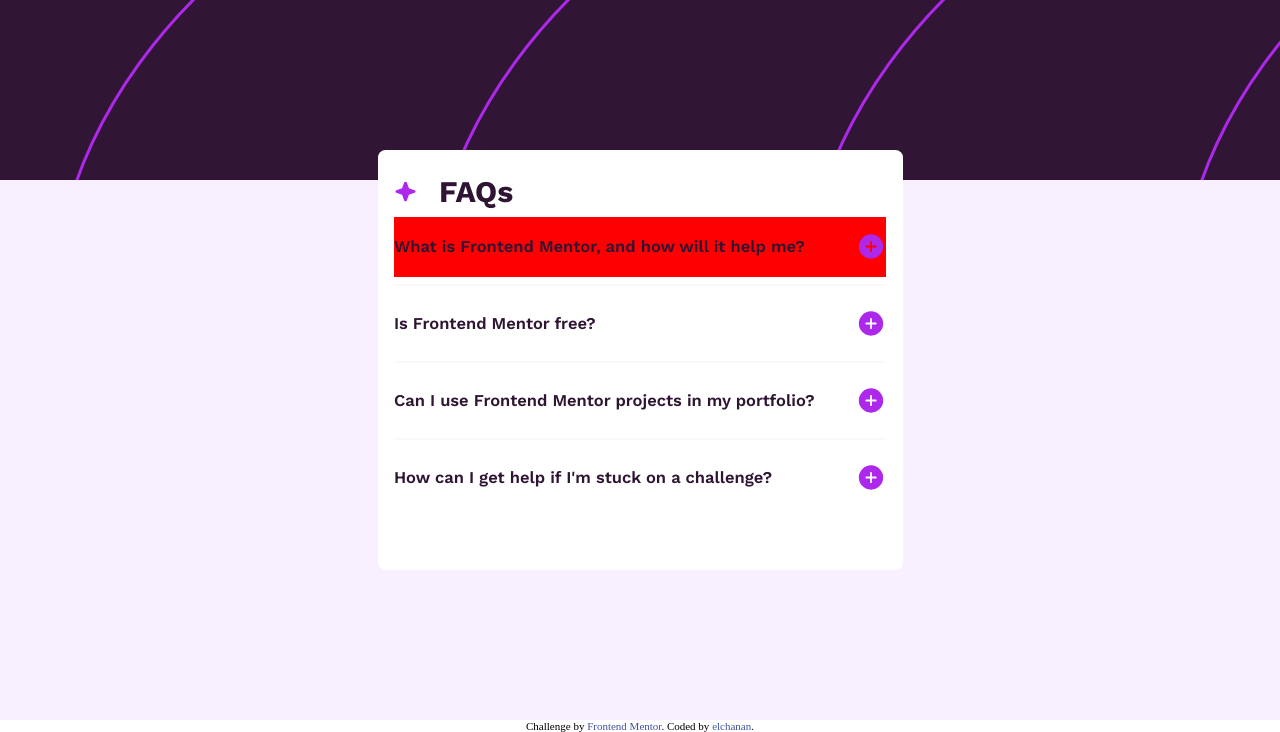
Repository: elchananChen/frontend-mentor-projects
Page: 2024/10/faQs/index.html
These files come from the project's save history. The page is drawn as it stood at one moment and after the next save; the edit follows.
The browser window is 1280 px wide. The pictures show the whole page.
The pointer rests on the first visible `.q-head`.

Above is the page before, as saved 2024-10-16 00:14:30.

### 2024/10/faQs/index.html
<!DOCTYPE html>
<html lang="en">
  <head>
    <meta charset="UTF-8" />
    <meta name="viewport" content="width=device-width, initial-scale=1.0" />

    <link
      rel="icon"
      type="image/png"
      sizes="32x32"
      href="./assets/images/favicon-32x32.png"
    />

    <title>Frontend Mentor | FAQ accordion</title>

    <style>
      .attribution {
        font-size: 11px;
        text-align: center;
      }
      .attribution a {
        color: hsl(228, 45%, 44%);
      }
    </style>
    <link rel="stylesheet" href="./style.css" />
  </head>
  <body>
    <article>
      <div class="card">
        <header>
          <div class="header flex">
            <div class="star-wrapper">
              <img
                class="star-icon"
                src="./assets/images/icon-star.svg"
                alt="icon-star"
              />
            </div>
            <h1>FAQs</h1>
          </div>
        </header>
        <main>
          <div class="q-wrapper">
            <div class="flex q-head">
              <h3>What is Frontend Mentor, and how will it help me?</h3>
              <div class="sign-big-wrapper">
                <div class="sign-wrapper">
                  <img
                    class="sign-img"
                    src="./assets/images/icon-plus.svg"
                    alt="plus-sign"
                  />
                </div>
              </div>
            </div>
            <p class="p hidden">
              Frontend Mentor offers realistic coding challenges to help
              developers improve their frontend coding skills with projects in
              HTML, CSS, and JavaScript. It's suitable for all levels and ideal
              for portfolio building.
            </p>
          </div>
          <hr />
          <div class="q-wrapper">
            <div class="flex q-head">
              <h3>Is Frontend Mentor free?</h3>
              <div class="sign-big-wrapper">
                <div class="sign-wrapper">
                  <img
                    class="sign-img"
                    src="./assets/images/icon-plus.svg"
                    alt="plus-sign"
                  />
                </div>
              </div>
            </div>
            <p class="p hidden">
              Yes, Frontend Mentor offers both free and premium coding
              challenges, with the free option providing access to a range of
              projects suitable for all skill levels.
            </p>
          </div>
          <hr />
          <div class="q-wrapper">
            <div class="flex q-head">
              <h3>Can I use Frontend Mentor projects in my portfolio?</h3>
              <div class="sign-big-wrapper">
                <div class="sign-wrapper">
                  <img
                    class="sign-img"
                    src="./assets/images/icon-plus.svg"
                    alt="plus-sign"
                  />
                </div>
              </div>
            </div>
            <p class="p hidden">
              Yes, you can use projects completed on Frontend Mentor in your
              portfolio. It's an excellent way to showcase your skills to
              potential employers!
            </p>
          </div>
          <hr />
          <div class="q-wrapper">
            <div class="flex q-head">
              <h3>How can I get help if I'm stuck on a challenge?</h3>
              <div class="sign-big-wrapper">
                <div class="sign-wrapper">
                  <img
                    class="sign-img"
                    src="./assets/images/icon-plus.svg"
                    alt="plus-sign"
                  />
                </div>
              </div>
            </div>
            <p class="hidden">
              The best place to get help is inside Frontend Mentor's Discord
              community. There's a help channel where you can ask questions and
              seek support from other community members.
            </p>
          </div>
        </main>
      </div>
    </article>
    <div class="attribution">
      Challenge by
      <a href="https://www.frontendmentor.io?ref=challenge" target="_blank"
        >Frontend Mentor</a
      >. Coded by <a href="#">elchanan</a>.
    </div>
    <script src="main.js"></script>
  </body>
</html>

### 2024/10/faQs/style.css
@import url("./css/reset.css");
@import url("./css/varieble.css");
@import url("./css/fonts.css");
@import url("./css/utilities.css");

h1 {
  font-family: "work-sans";
  font-weight: 700;
  font-size: 2rem;
}
h3 {
  font-family: "work-sans";
  font-weight: 600;
}
p {
  padding-block: 1rem;
  font-family: "work-sans";
  color: var(--color-Grayish-purple);
  line-height: 1.6;
}
article {
  display: flex;
  justify-content: center;
  min-height: 100vh;
  width: 100%;
  padding: 1rem;
  padding-block: 10rem;
  background: linear-gradient(180deg, transparent 25%, hsl(275, 100%, 97%) 25%),
    url("./assets/images/background-pattern-mobile.svg");
}
.card {
  flex-basis: 35rem;
  background-color: var(--color-White);
  padding: 1.1rem;
  border-radius: 0.5rem;
}
header {
  font-family: "";
  font-weight: bolder;
}
h1 {
  color: var(--color-Dark-purple);
}
h3 {
  font-size: 1.1rem;
  color: var(--color-Dark-purple);
}
.header {
  align-items: center;
  gap: 1.5rem;
  margin-block: 0.5rem;
}
.star-wrapper {
  width: 1.5rem;
  height: 1.5rem;
}
.q-head {
  gap: 1.5rem;
  padding-block: 0.5rem;
  align-items: center;
  justify-content: space-between;
}
.q-head:hover {
  color: red;
  background-color: red;
  cursor: pointer;
}
.sign-wrapper {
  display: flex;
  align-items: center;
  justify-content: end;
  width: 3rem;
  height: 3rem;
  flex-basis: 2rem;
  flex-shrink: 0;
}
.sign-wrapper:hover {
  cursor: pointer;
}
.sign-img {
  flex-basis: 2rem;
  width: 2rem;
  height: 2rem;
  object-fit: cover;
}
hr {
  border-color: rgba(0, 0, 0, 0.023);
  margin-block: 0.5rem;
}

### 2024/10/faQs/main.js
const minusSignsEL = document.querySelectorAll(".minus-container");
const signBtnsEl = document.querySelectorAll(".sign-big-wrapper");

signBtnsEl.forEach((sign) => {
  sign.addEventListener("click", (ev) => {
    let current = "";
    const alt = ev.target.alt;
    const wrapperEL = ev.target.closest(".q-wrapper");
    const pEL = wrapperEL.querySelector("p");
    if (alt === "plus-sign") {
      current = "minus";
      ev.target.alt = "minus-sign";
      pEL.classList.remove("hidden");
    } else if (alt === "minus-sign") {
      current = "plus";
      ev.target.alt = "plus-sign";
      pEL.classList.add("hidden");
    } else console.error("Error: sign path missing");
    ev.target.src = `./assets/images/icon-${current}.svg`;
  });
});

### 2024/10/faQs/css/reset.css
* {
  box-sizing: border-box;
  margin: 0;
  padding: 0;
}
html {
  font-family: "overpass-Regular";
}
html,
body {
  min-height: 100vh;
  width: 100%;
  font-size: 15px;
}

img {
  font-family: "work-sans-italic";

  display: block;
  max-width: 100%;
}
h1,
h2,
h3,
h4,
h5,
h6 {
  font-size: 1rem;
  font-weight: normal;
}
button {
  border: 0px;
}

ul,
ol {
  padding-left: 0.5rem;
}
a {
  text-decoration: none;
  color: inherit;
}

### 2024/10/faQs/css/varieble.css
:root {
  --color-White: hsl(0, 0%, 100%);
  --color-Light-pink: hsl(275, 100%, 97%);
  --color-Grayish-purple: hsl(292, 16%, 49%);
  --color-Dark-purple: hsl(292, 42%, 14%);
}

### 2024/10/faQs/css/fonts.css
@font-face {
  font-family: "work-sans-italic";
  src: url("../assets/fonts/WorkSans-Italic-VariableFont_wght.ttf");
}
@font-face {
  font-family: "work-sans";
  src: url("../assets/fonts/WorkSans-VariableFont_wght.ttf");
}

### 2024/10/faQs/css/utilities.css
.flex {
  display: flex;
}
.hidden {
  display: none;
}

After the next save:
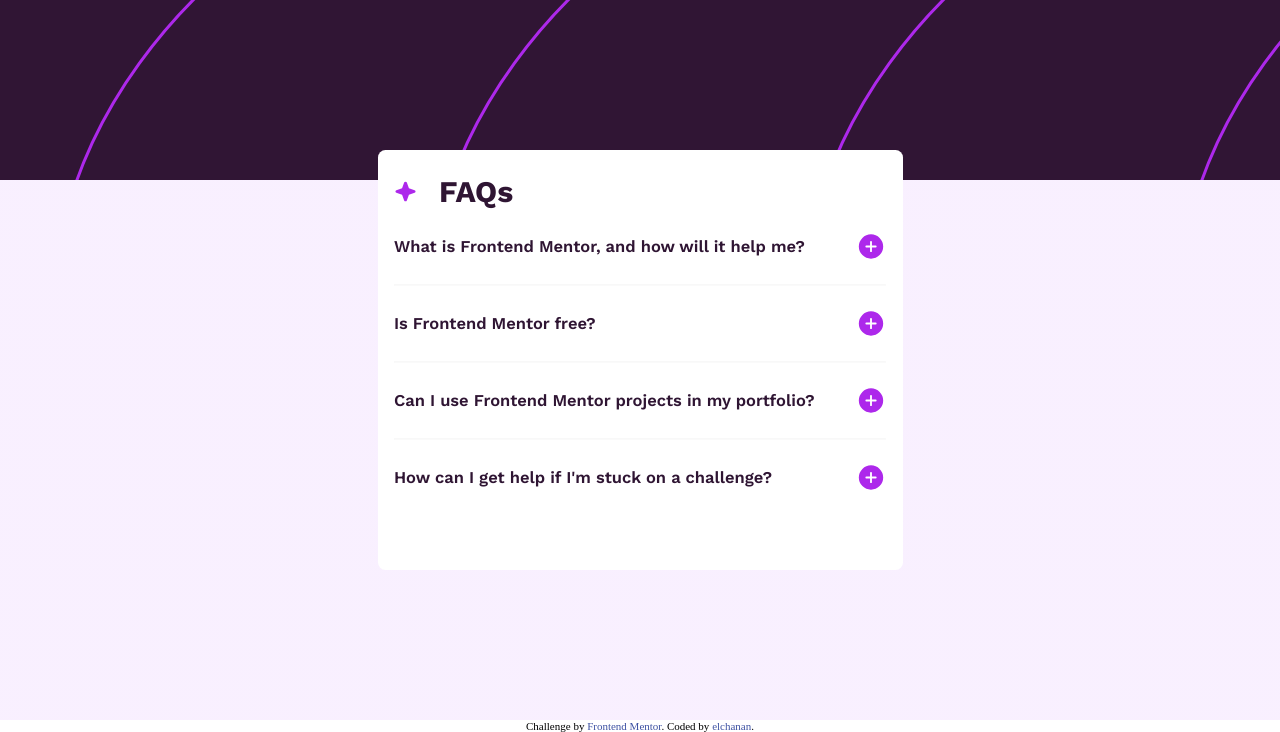
Saved 2 min 32 s later.
--- a/2024/10/faQs/style.css
+++ b/2024/10/faQs/style.css
@@ -61,8 +61,6 @@
   justify-content: space-between;
 }
 .q-head:hover {
-  color: red;
-  background-color: red;
   cursor: pointer;
 }
 .sign-wrapper {
